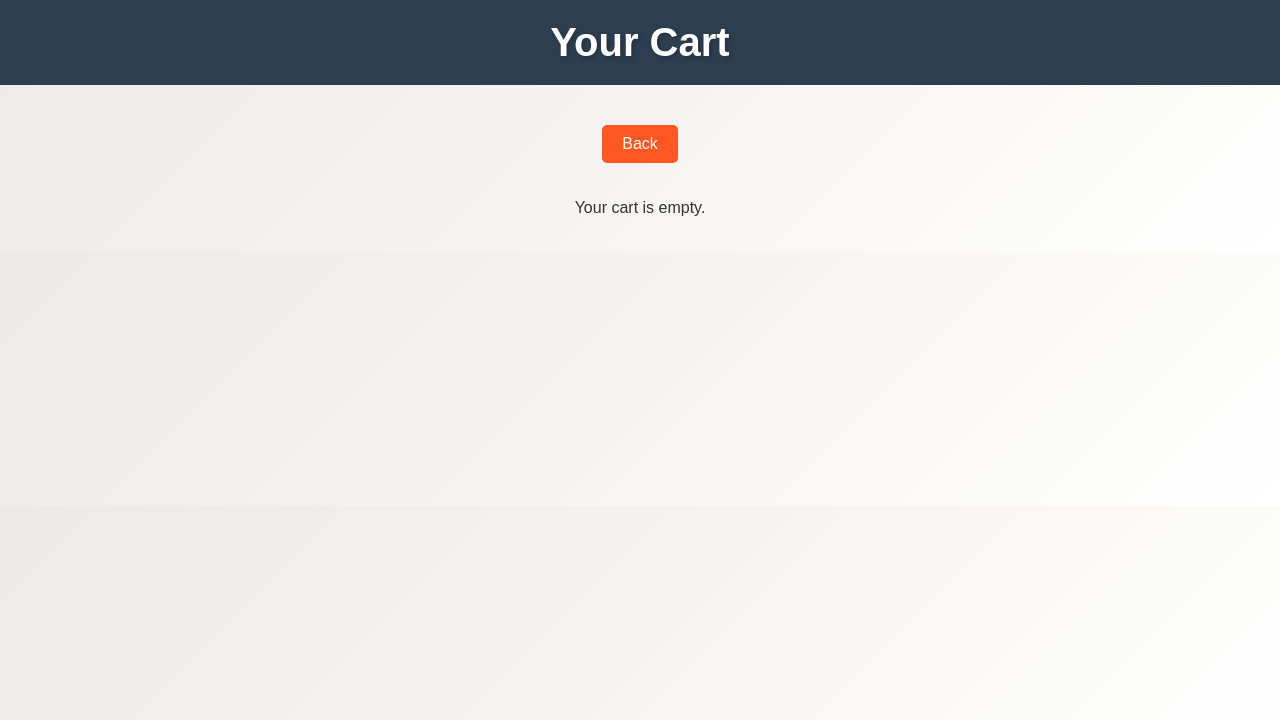
Repository: Masood395/Food-App
Page: http://localhost/FoodApp/cart.jsp
The author's editor kept a copy of each file at every save. The page is drawn from the files as they stood at one save, then again after the next save.
The browser window is 1280 px wide. The pictures show the whole page.
The page is served by Tomcat 9.

Above is the page before, as saved 2024-11-13 12:00:41.

After the next save:
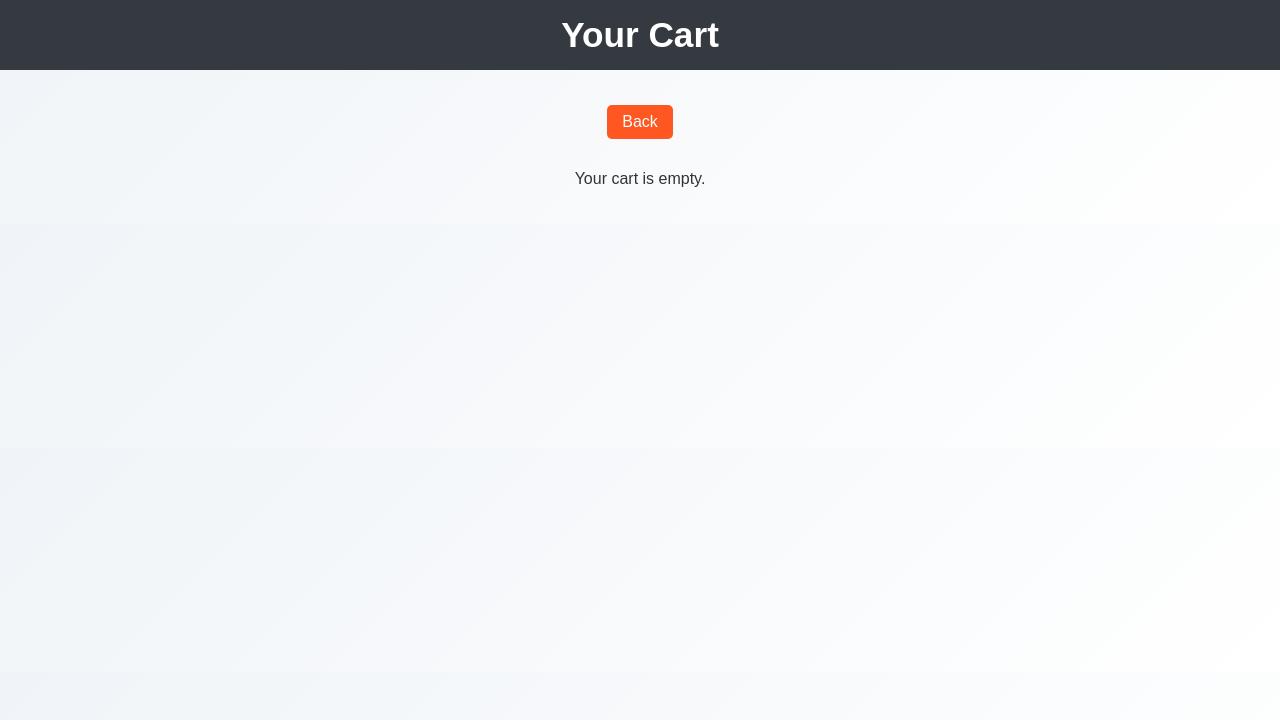
Saved 39 s later.
--- a/FoodApp/src/main/webapp/cart.jsp
+++ b/FoodApp/src/main/webapp/cart.jsp
@@ -12,7 +12,7 @@
         /* General Styling */
         body {
             font-family: 'Arial', sans-serif;
-            background: linear-gradient(135deg, #ece9e6, #ffffff);
+            background: linear-gradient(135deg, #f0f4f8, #ffffff);
             margin: 0;
             padding: 0;
             color: #333;
@@ -20,28 +20,27 @@
 
         /* Header Styling */
         header {
-            background: #2C3E50;
-            color: white;
-            padding: 20px;
+            background: #343a40;
+            color: white;
+            padding: 15px;
             text-align: center;
         }
 
         header h1 {
             margin: 0;
-            font-size: 2.5em;
-            text-shadow: 2px 2px 4px rgba(0, 0, 0, 0.2);
+            font-size: 2.2em;
         }
 
         /* Back Button */
         .back-button {
             background: #FF5722;
             color: white;
-            padding: 10px 20px;
+            padding: 8px 15px;
             border: none;
             border-radius: 5px;
             cursor: pointer;
             transition: background 0.3s ease;
-            margin: 20px;
+            margin: 15px;
             text-decoration: none;
             display: inline-block;
         }
@@ -64,35 +63,28 @@
         .cart-item {
             display: flex;
             background: #fff;
-            border-radius: 15px;
+            border-radius: 10px;
             overflow: hidden;
-            width: 90%;
-            max-width: 800px;
-            margin-bottom: 20px;
-            box-shadow: 0 4px 10px rgba(0, 0, 0, 0.15);
-            transition: transform 0.3s ease;
-            position: relative;
-            animation: slideIn 0.5s ease forwards;
-        }
-
-        @keyframes slideIn {
-            from { opacity: 0; transform: translateY(20px); }
-            to { opacity: 1; transform: translateY(0); }
+            width: 100%;
+            max-width: 700px;
+            margin-bottom: 15px;
+            box-shadow: 0 4px 8px rgba(0, 0, 0, 0.1);
+            transition: transform 0.2s ease;
         }
 
         .cart-item:hover {
-            transform: translateY(-5px);
+            transform: translateY(-3px);
         }
 
         .cart-item img {
-            width: 200px;
-            height: 200px;
+            width: 180px;
+            height: 150px;
             object-fit: cover;
             border-right: 1px solid #ddd;
         }
 
         .cart-item-details {
-            padding: 20px;
+            padding: 15px;
             flex: 1;
             display: flex;
             flex-direction: column;
@@ -100,18 +92,18 @@
         }
 
         .cart-item h2 {
-            font-size: 1.6em;
+            font-size: 1.5em;
             color: #333;
             margin: 0 0 10px;
         }
 
-        .cart-item p {
-            font-size: 1.1em;
+        .cart-item .price, .cart-item p {
+            font-size: 1em;
             margin: 5px 0;
-        }
-
-        .cart-item .price {
-            font-size: 1.4em;
+            color: #666;
+        }
+
+        .price {
             color: #FF5722;
             font-weight: bold;
         }
@@ -123,28 +115,27 @@
         }
 
         .quantity-selector select {
-            padding: 8px;
+            padding: 5px;
             border-radius: 5px;
             border: 1px solid #ccc;
             margin-right: 10px;
-            font-size: 1em;
+            font-size: 0.9em;
         }
 
         /* Button Styles */
         .button-container {
             display: flex;
             justify-content: space-between;
-            margin-top: 10px;
+            margin-top: 15px;
         }
 
         .update-button, .remove-button {
             background: #E74C3C;
             color: white;
-            padding: 10px 15px;
-            font-size: 1em;
+            padding: 8px 12px;
+            font-size: 0.9em;
             border: none;
-            border-radius: 30 ```jsp
-px;
+            border-radius: 30px;
             cursor: pointer;
             transition: background 0.3s ease;
         }
@@ -174,9 +165,9 @@
             display: inline-block;
             background: #28a745;
             color: white;
-            padding: 15px 30px;
-            font-size: 1.2em;
-            border-radius: 50px;
+            padding: 10px 25px;
+            font-size: 1em;
+            border-radius: 30px;
             text-align: center;
             cursor: pointer;
             transition: background 0.3s ease;
@@ -192,16 +183,19 @@
         @media (max-width: 600px) {
             .cart-item {
                 flex-direction: column;
-                align-items: flex-start;
+                align-items: center;
+                text-align: center;
             }
 
             .cart-item img {
                 width: 100%;
                 height: auto;
-            }
-
-            .quantity-selector {
-                margin-top: 10px;
+                border-right: none;
+                border-bottom: 1px solid #ddd;
+            }
+
+            .cart-item-details {
+                align-items: center;
             }
         }
     </style>
@@ -227,8 +221,7 @@
             <div class="cart-item-details">
                 <h2><%= item.getName() %></h2>
                 <p>Restaurant: <%= item.getRestaurant() %></p>
-                <p class="price">$<%= String.format("%.2f", item.getPrice()) %></p>
-                <p>Quantity: <%= item.getQuantity() %></p>
+                <p class="price">Price: $<%= String.format("%.2f", item.getPrice()) %></p>
                 <p>Subtotal: $<%= String.format("%.2f", itemTotal) %></p>
                 <div class="quantity-selector">
                     <form action="updateCart" method="post">

After the save that followed:
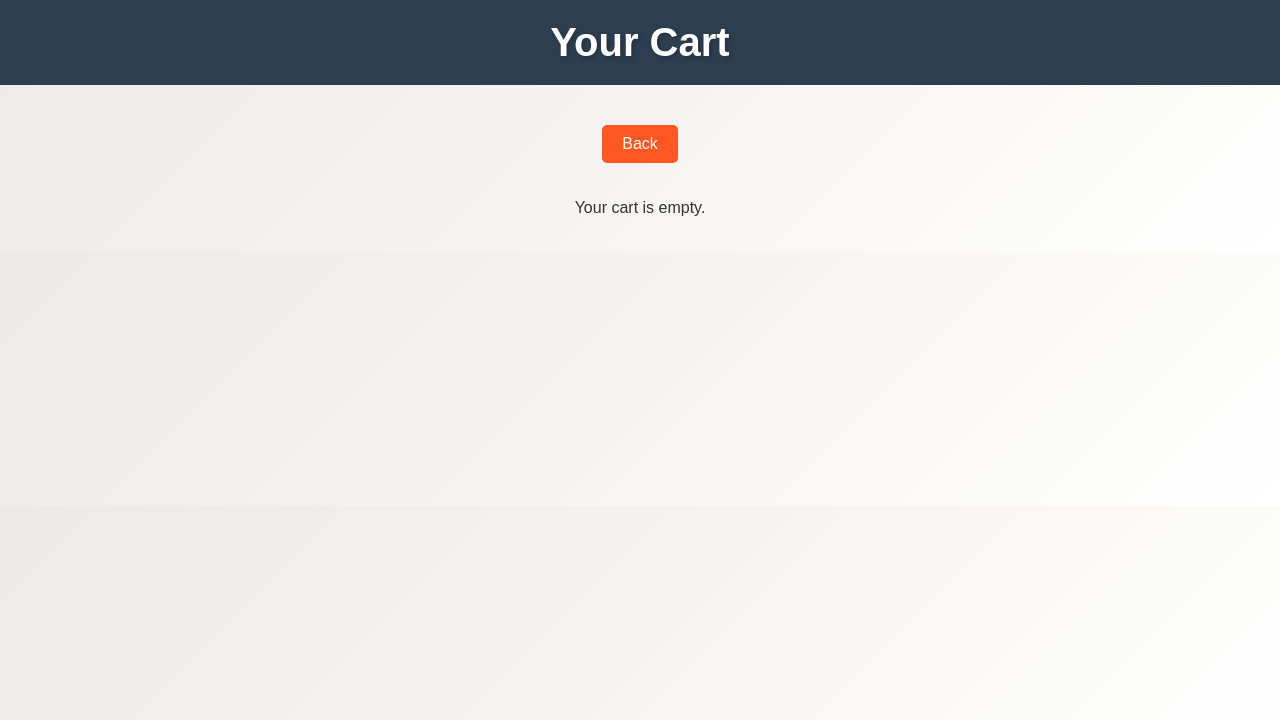
Saved 14 s later.
--- a/FoodApp/src/main/webapp/cart.jsp
+++ b/FoodApp/src/main/webapp/cart.jsp
@@ -12,7 +12,7 @@
         /* General Styling */
         body {
             font-family: 'Arial', sans-serif;
-            background: linear-gradient(135deg, #f0f4f8, #ffffff);
+            background: linear-gradient(135deg, #ece9e6, #ffffff);
             margin: 0;
             padding: 0;
             color: #333;
@@ -20,27 +20,28 @@
 
         /* Header Styling */
         header {
-            background: #343a40;
-            color: white;
-            padding: 15px;
+            background: #2C3E50;
+            color: white;
+            padding: 20px;
             text-align: center;
         }
 
         header h1 {
             margin: 0;
-            font-size: 2.2em;
+            font-size: 2.5em;
+            text-shadow: 2px 2px 4px rgba(0, 0, 0, 0.2);
         }
 
         /* Back Button */
         .back-button {
             background: #FF5722;
             color: white;
-            padding: 8px 15px;
+            padding: 10px 20px;
             border: none;
             border-radius: 5px;
             cursor: pointer;
             transition: background 0.3s ease;
-            margin: 15px;
+            margin: 20px;
             text-decoration: none;
             display: inline-block;
         }
@@ -63,28 +64,35 @@
         .cart-item {
             display: flex;
             background: #fff;
-            border-radius: 10px;
+            border-radius: 15px;
             overflow: hidden;
-            width: 100%;
-            max-width: 700px;
-            margin-bottom: 15px;
-            box-shadow: 0 4px 8px rgba(0, 0, 0, 0.1);
-            transition: transform 0.2s ease;
+            width: 90%;
+            max-width: 800px;
+            margin-bottom: 20px;
+            box-shadow: 0 4px 10px rgba(0, 0, 0, 0.15);
+            transition: transform 0.3s ease;
+            position: relative;
+            animation: slideIn 0.5s ease forwards;
+        }
+
+        @keyframes slideIn {
+            from { opacity: 0; transform: translateY(20px); }
+            to { opacity: 1; transform: translateY(0); }
         }
 
         .cart-item:hover {
-            transform: translateY(-3px);
+            transform: translateY(-5px);
         }
 
         .cart-item img {
-            width: 180px;
-            height: 150px;
+            width: 200px;
+            height: 200px;
             object-fit: cover;
             border-right: 1px solid #ddd;
         }
 
         .cart-item-details {
-            padding: 15px;
+            padding: 20px;
             flex: 1;
             display: flex;
             flex-direction: column;
@@ -92,18 +100,18 @@
         }
 
         .cart-item h2 {
-            font-size: 1.5em;
+            font-size: 1.6em;
             color: #333;
             margin: 0 0 10px;
         }
 
-        .cart-item .price, .cart-item p {
-            font-size: 1em;
+        .cart-item p {
+            font-size: 1.1em;
             margin: 5px 0;
-            color: #666;
-        }
-
-        .price {
+        }
+
+        .cart-item .price {
+            font-size: 1.4em;
             color: #FF5722;
             font-weight: bold;
         }
@@ -115,27 +123,28 @@
         }
 
         .quantity-selector select {
-            padding: 5px;
+            padding: 8px;
             border-radius: 5px;
             border: 1px solid #ccc;
             margin-right: 10px;
-            font-size: 0.9em;
+            font-size: 1em;
         }
 
         /* Button Styles */
         .button-container {
             display: flex;
             justify-content: space-between;
-            margin-top: 15px;
+            margin-top: 10px;
         }
 
         .update-button, .remove-button {
             background: #E74C3C;
             color: white;
-            padding: 8px 12px;
-            font-size: 0.9em;
+            padding: 10px 15px;
+            font-size: 1em;
             border: none;
-            border-radius: 30px;
+            border-radius: 30 ```jsp
+px;
             cursor: pointer;
             transition: background 0.3s ease;
         }
@@ -165,9 +174,9 @@
             display: inline-block;
             background: #28a745;
             color: white;
-            padding: 10px 25px;
-            font-size: 1em;
-            border-radius: 30px;
+            padding: 15px 30px;
+            font-size: 1.2em;
+            border-radius: 50px;
             text-align: center;
             cursor: pointer;
             transition: background 0.3s ease;
@@ -183,19 +192,16 @@
         @media (max-width: 600px) {
             .cart-item {
                 flex-direction: column;
-                align-items: center;
-                text-align: center;
+                align-items: flex-start;
             }
 
             .cart-item img {
                 width: 100%;
                 height: auto;
-                border-right: none;
-                border-bottom: 1px solid #ddd;
-            }
-
-            .cart-item-details {
-                align-items: center;
+            }
+
+            .quantity-selector {
+                margin-top: 10px;
             }
         }
     </style>
@@ -221,7 +227,8 @@
             <div class="cart-item-details">
                 <h2><%= item.getName() %></h2>
                 <p>Restaurant: <%= item.getRestaurant() %></p>
-                <p class="price">Price: $<%= String.format("%.2f", item.getPrice()) %></p>
+                <p class="price">$<%= String.format("%.2f", item.getPrice()) %></p>
+                <p>Quantity: <%= item.getQuantity() %></p>
                 <p>Subtotal: $<%= String.format("%.2f", itemTotal) %></p>
                 <div class="quantity-selector">
                     <form action="updateCart" method="post">
